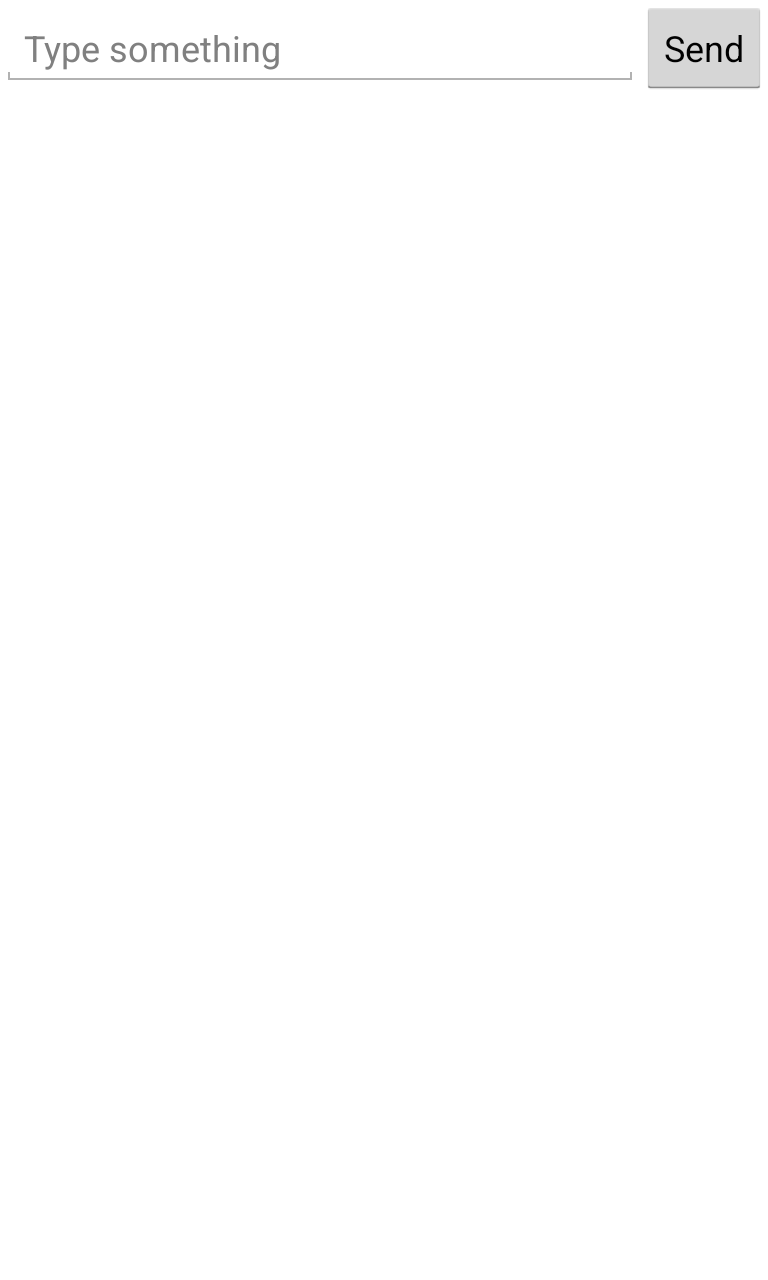
Repository: Wang-Xuan/Hello-World
Layout: UILayoutTest/res/layout/activity_main.xml
The author's editor kept a copy of each file at every save. The layout is drawn from the files as they stood at one save, then again after the next save.
It is drawn on a 768 x 1280 px phone screen (xhdpi) without system bars, with theme AppTheme; the app's code is not run.

Above is the layout before, as saved 2014-12-07 05:51:27.

After the next save:
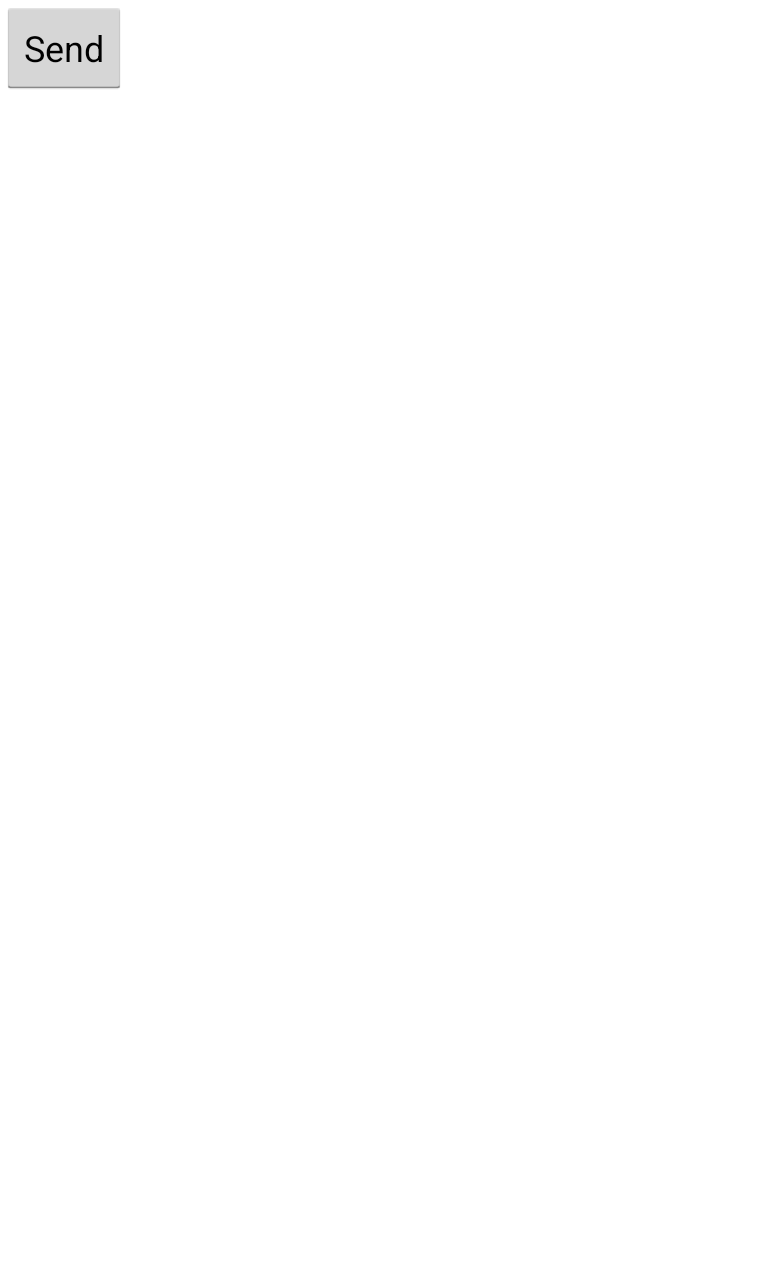
Saved 10 min 0 s later.
--- a/UILayoutTest/res/layout/activity_main.xml
+++ b/UILayoutTest/res/layout/activity_main.xml
@@ -1,4 +1,4 @@
-<LinearLayout xmlns:android="http://schemas.android.com/apk/res/android"
+<RelativeLayout xmlns:android="http://schemas.android.com/apk/res/android"
     xmlns:tools="http://schemas.android.com/tools"
     android:layout_width="match_parent"
     android:layout_height="match_parent"
@@ -17,4 +17,4 @@
 	    android:layout_height="wrap_content"
 	    android:text="Send" />
 
-</LinearLayout>
+</RelativeLayout>
